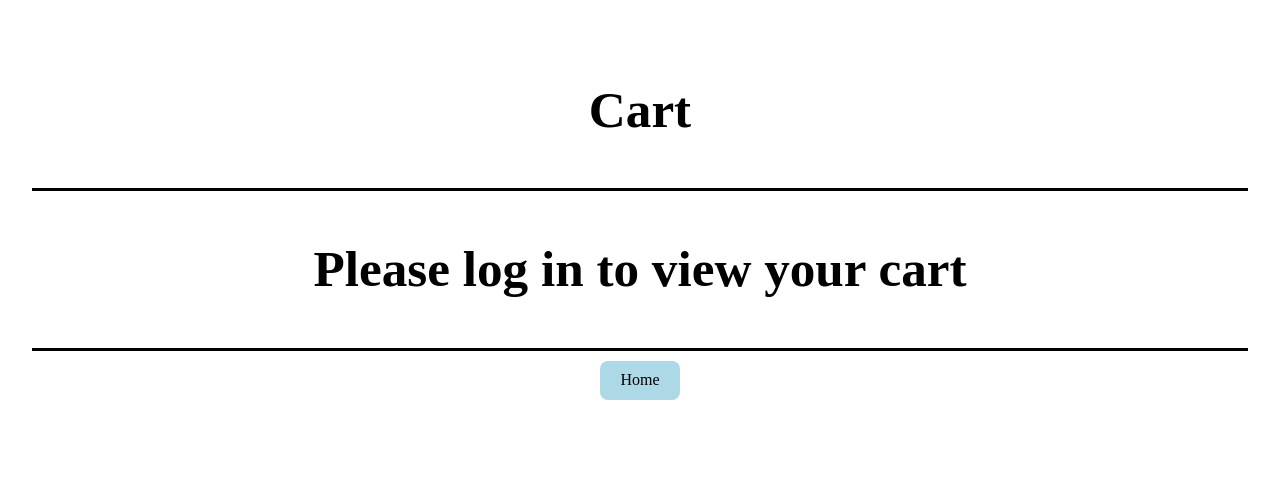
Repository: Andres513/CapStone
Page: /cart
The author's editor kept a copy of each file at every save. The page is drawn from the files as they stood at one save, then again after the next save.
The browser window is 1280 px wide. The pictures show the whole page.
The project was rebuilt for these pictures with package versions that can differ from the ones it lists, and the page was loaded fresh each time. Also part of the build but not shown: vite.config.js, src/components/Login.jsx, src/components/Categories.jsx, src/components/FetchProducts.jsx, src/components/SingleProduct.jsx, src/components/ProductsByCategory.jsx, src/components/LoggedOut.jsx, src/components/Checkout.jsx.

Above is the page before, as saved 2024-04-11 12:47:53.

After the next save:
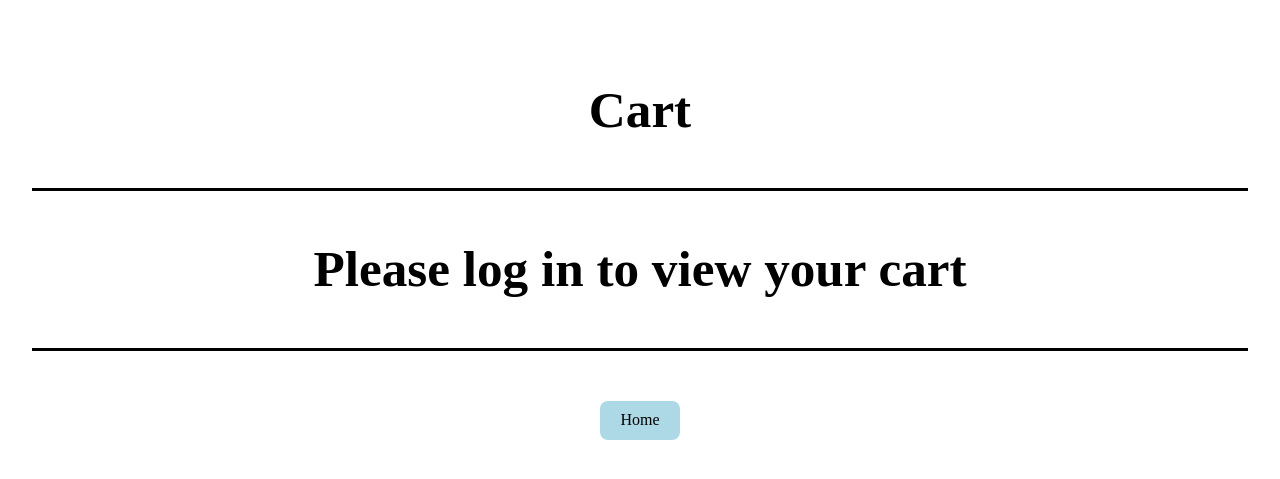
Saved 6 s later.
--- a/src/index.css
+++ b/src/index.css
@@ -61,7 +61,7 @@ button {
   border-radius: 8px;
   border: 1px solid transparent;
   padding: 0.6em 1.2em;
-  margin-top: 10px;
+  margin-top: 50px;
   font-size: 1em;
   font-weight: 500;
   font-family: inherit;
